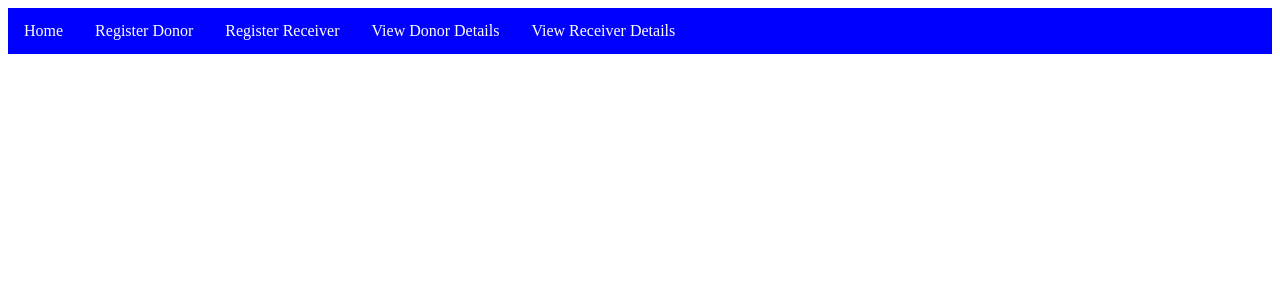
Repository: KarthikaShaja/BloodBank
Page: http://localhost/ReceiverSpring/includes/menu.jsp
These files come from the project's save history. The page is drawn as it stood at one moment and after the next save; the edit follows.
The browser window is 1280 px wide. The pictures show the whole page.
The page is served by Tomcat 9. Other server files are loaded and not shown.

Above is the page before, as saved 2019-12-05 07:33:53.

### project/ReceiverSpring/WebContent/includes/menu.jsp
<!DOCTYPE html>
<html>
<head>
<style>
ol {
	list-style-type: none;
	margin: 0;
	padding: 0;
	overflow: hidden;
	background-color: blue;
}

li {
	float: left;
}

li a {
	display: block;
	color: white;
	text-align: center;
	padding: 14px 16px;
	text-decoration: none;
}

li a:hover:not (.active ) {
	background-color: red;
}

.active {
	background-color: blue;
	orange
}
</style>
</head>
<body>


	<ol>
		<li><a href="../Designs/index.jsp">Home</a></li>
		<li><a href="../Blood/donor_add.jsp">Register Donor</a></li>
		<li><a href="../Blood/receiver_add.jsp">Register Receiver</a></li>
		<li><a href="../Blood/donor_view_all.jsp">View Donor Details</a></li>
		<li><a href="../Blood/receiver_view_all.jsp">View Receiver
				Details</a></li>
	</ol>

</body>
</html>

After the next save:
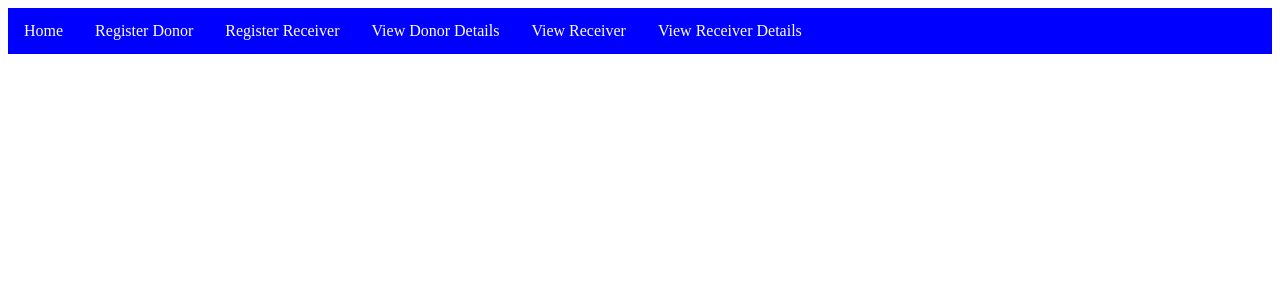
Saved 1 s later.
--- a/project/ReceiverSpring/WebContent/includes/menu.jsp
+++ b/project/ReceiverSpring/WebContent/includes/menu.jsp
@@ -41,6 +41,8 @@ li a:hover:not (.active ) {
 		<li><a href="../Blood/receiver_add.jsp">Register Receiver</a></li>
 		<li><a href="../Blood/donor_view_all.jsp">View Donor Details</a></li>
 		<li><a href="../Blood/receiver_view_all.jsp">View Receiver
+		<li><a href="../Test/NewFile.jsp">View Receiver
+
 				Details</a></li>
 	</ol>
 
